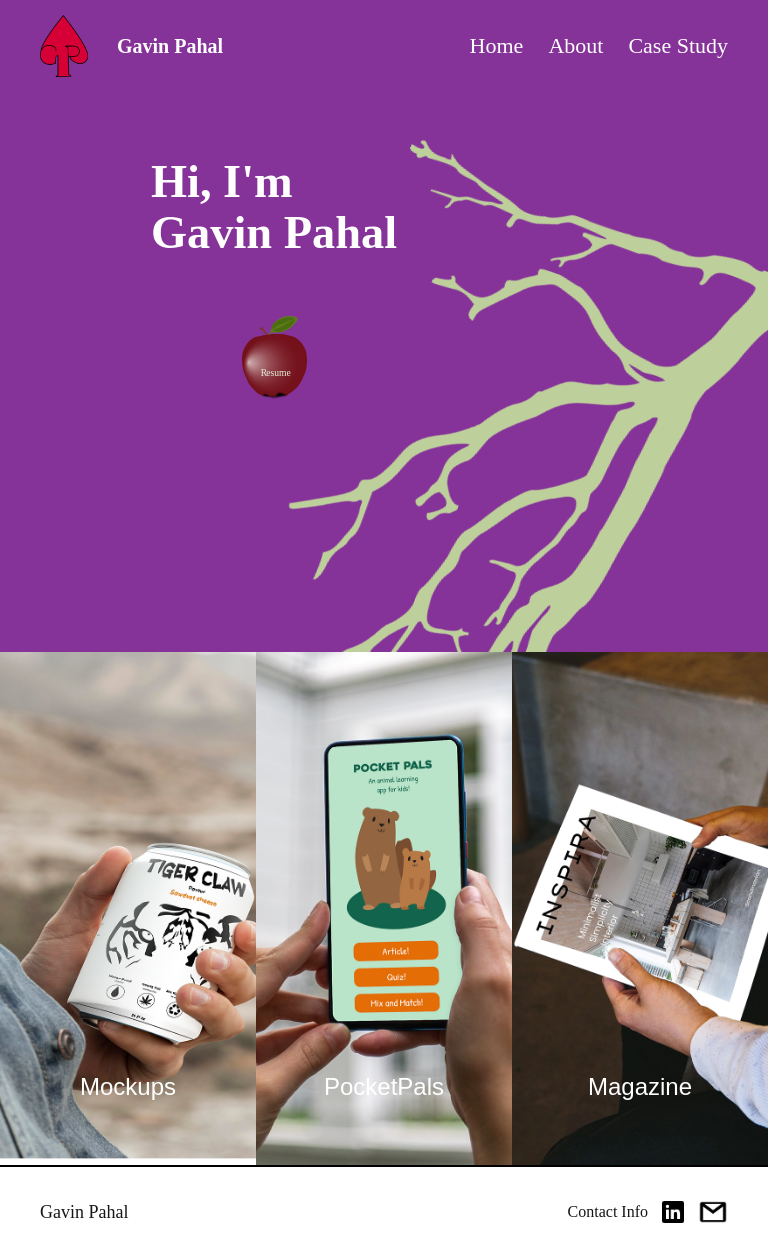
Repository: GavinPahal/portfolios
Page: /
The author's editor kept a copy of each file at every save. The page is drawn from the files as they stood at one save, then again after the next save.
The browser window is 768 px wide. The pictures show the whole page.
The project was rebuilt for these pictures with package versions that can differ from the ones it lists, and the page was loaded fresh each time. The framework's server and built-in components were replaced by stand-ins that run in the browser. Also part of the build but not shown: next.config.mjs, components/BackToTop/BackToTop.module.css.

Above is the page before, as saved 2025-02-22 16:19:25.

After the next save:
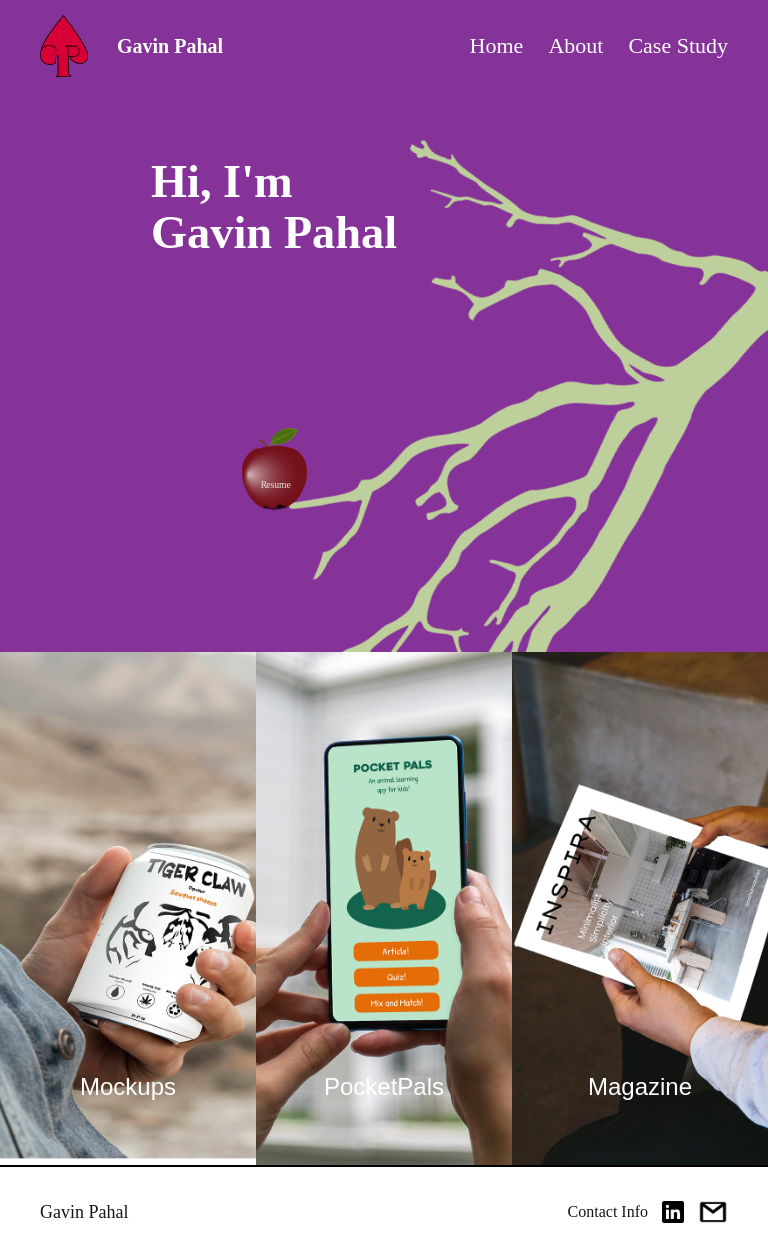
Saved 5 s later.
--- a/components/HeroSection/HeroSection.module.css
+++ b/components/HeroSection/HeroSection.module.css
@@ -94,7 +94,7 @@
 
 
   .apple {
-    top: 40%; /* Keep apple aligned with branch */
+    top: 60%; /* Keep apple aligned with branch */
     right: 60%; /* Fine-tune placement */
     width: 65px; /* Adjust apple size */
   }

After the save that followed:
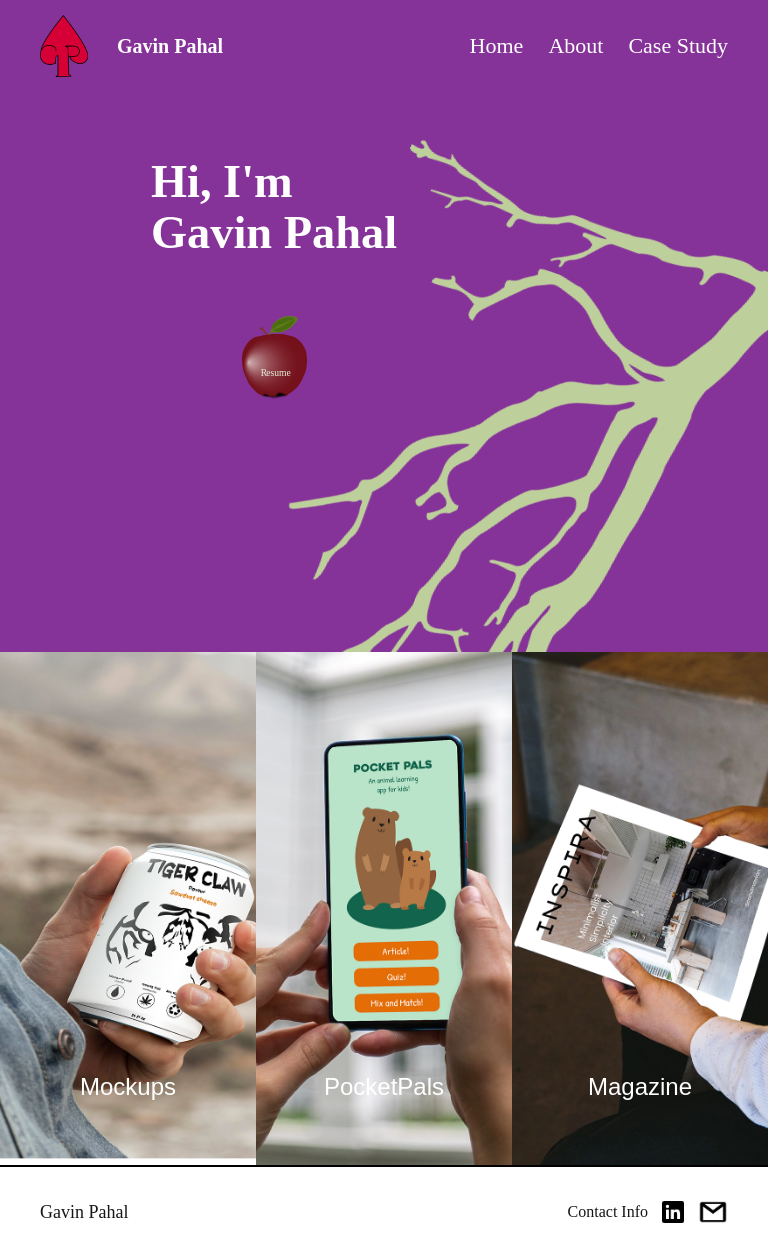
Saved 9 s later.
--- a/components/HeroSection/HeroSection.module.css
+++ b/components/HeroSection/HeroSection.module.css
@@ -94,7 +94,7 @@
 
 
   .apple {
-    top: 60%; /* Keep apple aligned with branch */
+    top: 40%; /* Keep apple aligned with branch */
     right: 60%; /* Fine-tune placement */
     width: 65px; /* Adjust apple size */
   }
